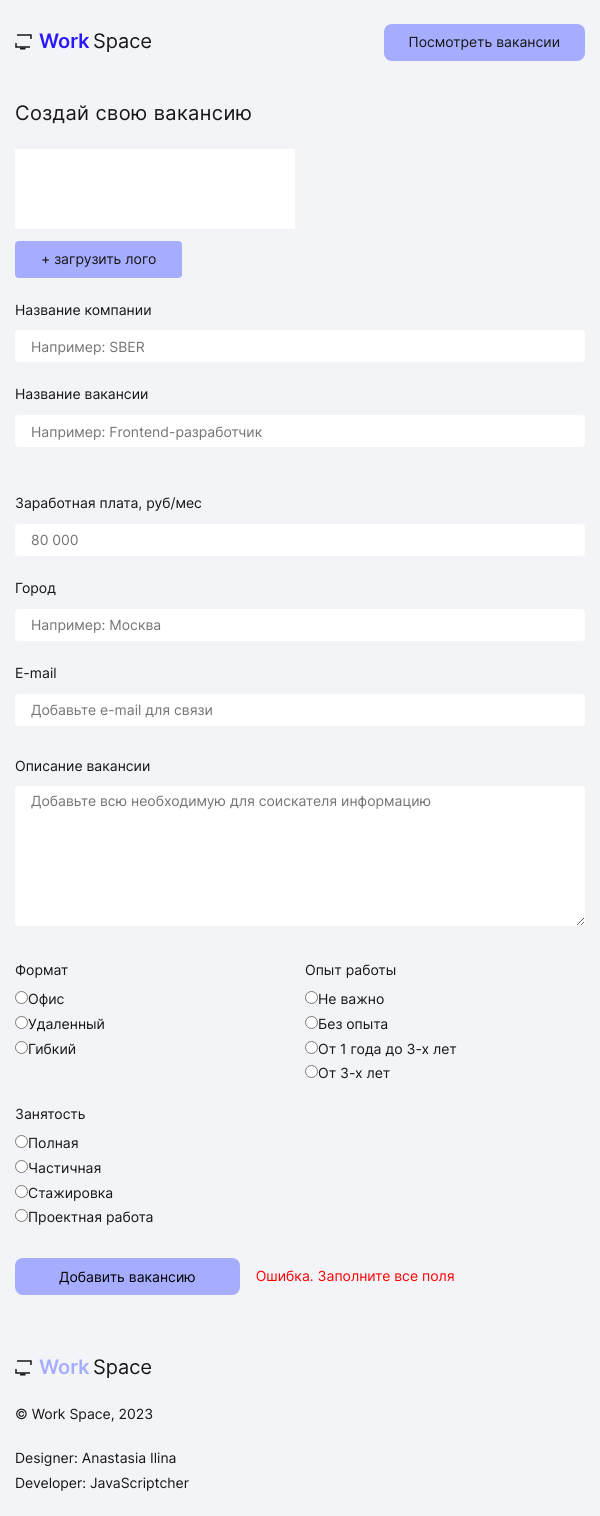
Repository: alexboagreek/workspace_js
Page: employer.html
These files come from the project's save history. The page is drawn as it stood at one moment and after the next save; the edit follows.
The browser window is 600 px wide. The pictures show the whole page.

Above is the page before, as saved 2023-09-14 10:41:56.
Console error: TypeError: Cannot read properties of null (reading 'addEventListener')

After the next save:
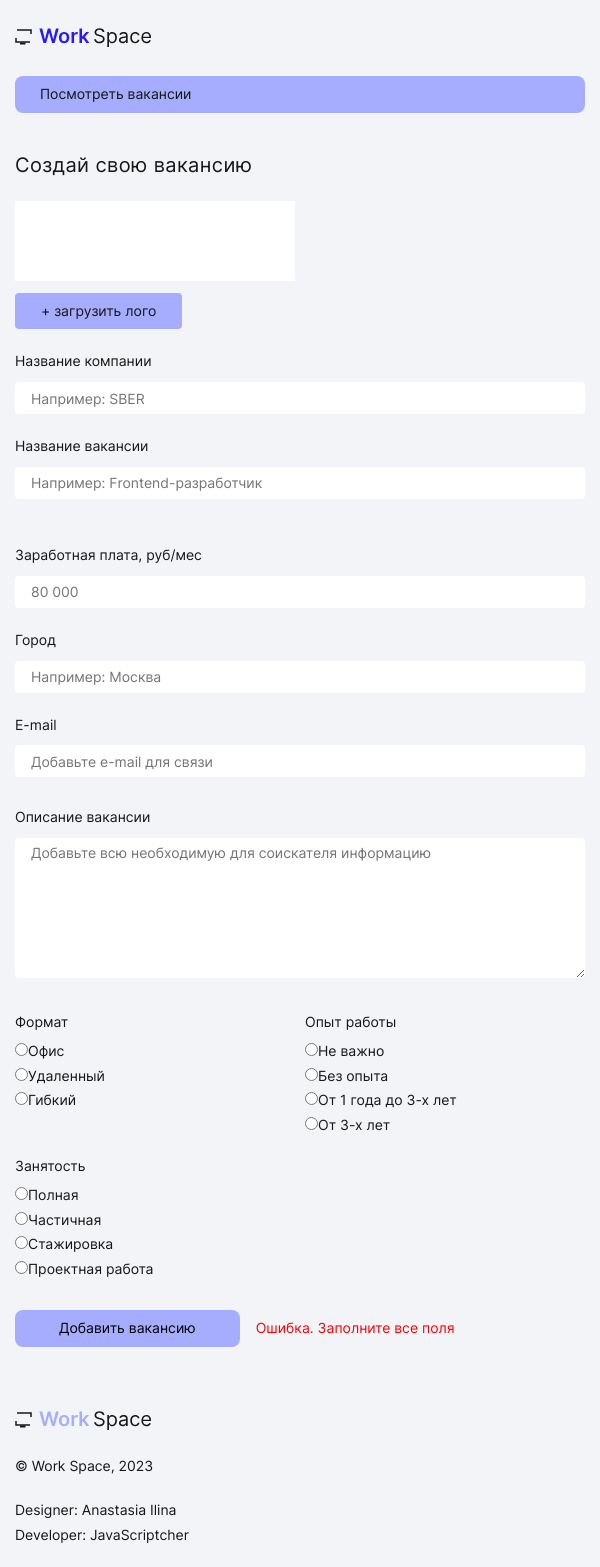
Saved 4 s later.
--- a/style/header.css
+++ b/style/header.css
@@ -64,6 +64,8 @@
     padding: 24px 0 20px;
   }
 
-  .header__link
+  .header__link {
+    width: 100%;
+  }
 
 }

After the save that followed:
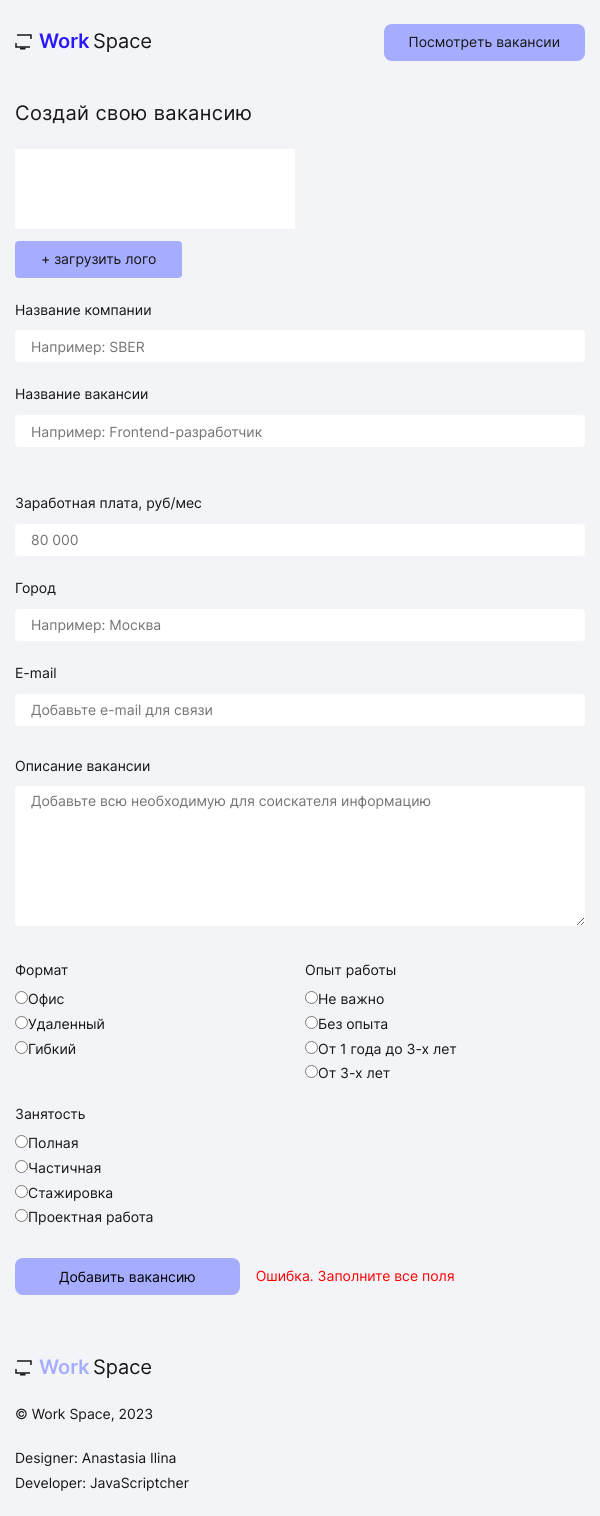
Saved 49 s later.
--- a/style/header.css
+++ b/style/header.css
@@ -64,6 +64,8 @@
     padding: 24px 0 20px;
   }
 
+  .
+
   .header__link {
     width: 100%;
   }
